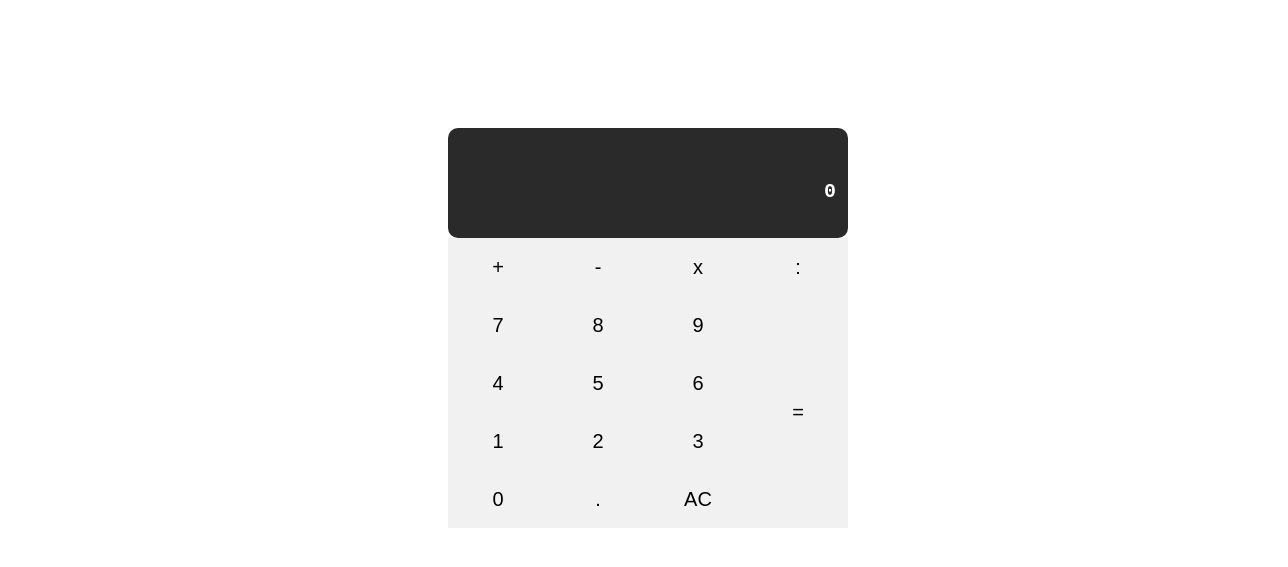
Repository: CryptoFamilyNFT/develhope
Page: css/Grid 2/calculator.html
These files come from the project's save history. The page is drawn as it stood at one moment and after the next save; the edit follows.
The browser window is 1280 px wide. The page is 1288 px wide, so the pictures cover 1288 px, including what lies to the right of the window. The pictures show the whole page.

Above is the page before, as saved 2024-11-18 09:20:27.

After the next save:
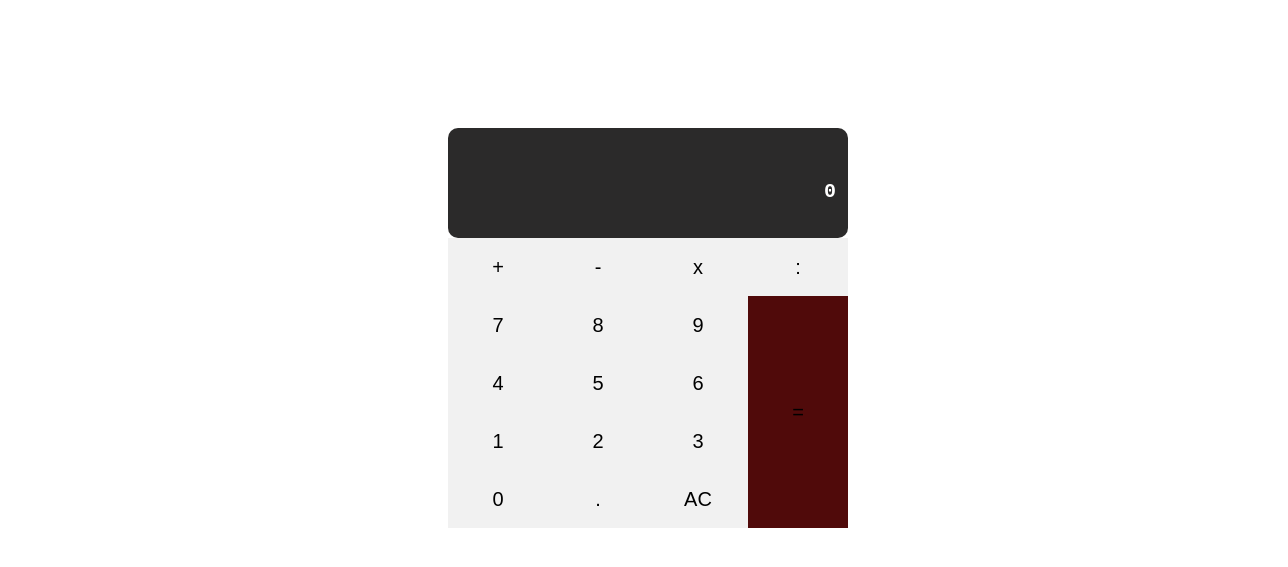
Saved 9 s later.
--- a/css/Grid 2/calculator.html
+++ b/css/Grid 2/calculator.html
@@ -20,7 +20,7 @@
         <button class="button span-1">7</button>
         <button class="button span-1">8</button>
         <button class="button span-1">9</button>
-        <button class="button span-1 row-4">=</button>
+        <button id="equal" class="button span-1 row-4">=</button>
         <button class="button span-1">4</button>
         <button class="button span-1">5</button>
         <button class="button span-1">6</button>
